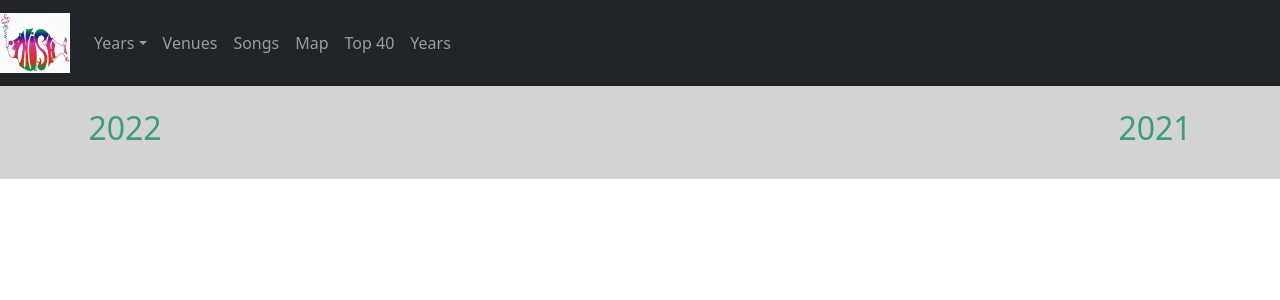
Repository: Jcparks84/gonePhishin
Page: / (app in my-app/)
The author's editor kept a copy of each file at every save. The page is drawn from the files as they stood at one save, then again after the next save.
The browser window is 1280 px wide. The pictures show the whole page.
The page's requests for data from a server got no answer. The project was rebuilt for these pictures with package versions that can differ from the ones it lists, and the page was loaded fresh each time. No one was signed in, and anything a server would have sent is missing. Also part of the build but not shown: my-app/src/components/audioPlayer/audioPlayer.js.

Above is the page before, as saved 2022-08-16 18:08:38.

### my-app/src/App.js
import './App.css';
import AudioPlayer from './components/audioPlayer/audioPlayer';
import Navbar from './components/navbar/navBar'
import YearPage from './pages/yearPage/yearPage';



function App() {
  const apiKey = process.env.REACT_APP_API_KEY


  return (
    <div className="App">
      <div>
      <Navbar fixed="top" />
      </div>
      <div>
        <YearPage/>
      </div>
      <div>
        {/* <AudioPlayer/> */}
      </div>

    </div>

  );
}

export default App;

### my-app/src/App.css
.App {
  text-align: center;
  background-color: #d3d3d3;
}

.App-logo {
  height: 40vmin;
  pointer-events: none;
}

@media (prefers-reduced-motion: no-preference) {
  .App-logo {
    animation: App-logo-spin infinite 20s linear;
  }
}

.App-header {
  background-color: #282c34;
  min-height: 100vh;
  display: flex;
  flex-direction: column;
  align-items: center;
  justify-content: center;
  font-size: calc(10px + 2vmin);
  color: white;
}

.App-link {
  color: #61dafb;
}

@keyframes App-logo-spin {
  from {
    transform: rotate(0deg);
  }
  to {
    transform: rotate(360deg);
  }
}

### my-app/src/components/navbar/navBar.js
import logo from '../images/phish.png'
import './navBar.css';
import 'bootstrap/dist/css/bootstrap.css'
import { Nav, Navbar, NavDropdown } from 'react-bootstrap'
import AudioPlayer from '../audioPlayer/audioPlayer';
import YearPage from '../../pages/yearPage/yearPage';



function NavBar() {
  return (
    <div className="navBar">
      <Navbar bg="dark" variant="dark"
        sticky="top" expand="sm" collapseOnSelect>
        <Navbar.Brand>
          <img src={logo} width="70px" height="60px" />{' '}
        </Navbar.Brand>

        <Navbar.Toggle className="coloring" />
        <Navbar.Collapse>
          <Nav>
            <NavDropdown title="Years">
              <NavDropdown.Item href="#years/2021">2021</NavDropdown.Item>
              <NavDropdown.Item href="#years/2020">2020</NavDropdown.Item>
              <NavDropdown.Item href="#years/2019">2019</NavDropdown.Item>
            </NavDropdown>
            <Nav.Link href="#Venues">Venues</Nav.Link>
            <Nav.Link href="#contact-us">Songs</Nav.Link>
            <Nav.Link href="#contact-us">Map</Nav.Link>
            <Nav.Link href="#contact-us">Top 40</Nav.Link>
            <Nav.Link path="#years">{YearPage}Years</Nav.Link>

          </Nav>
        </Navbar.Collapse>

      </Navbar>
    </div>
  );
}


export default NavBar;

### my-app/src/pages/yearPage/yearPage.js
import React from 'react'
import './yearPage.css'


function YearPage(){
    return(
        <div className='container'>
            <h2>2022</h2>
            <h2>2021</h2>
        </div>
    )
}

export default YearPage;

### my-app/src/components/navbar/navBar.css
.bg-myRed{
    background-color: crimson;
  }

  .content{
    padding: 12px;
    height: 3000px;
  }

  .coloring{
    color: black;
  }

  nav.link {
    align-items: center;
  }

### my-app/src/pages/yearPage/yearPage.css

.container {
    display: flex;
    width: 100%;
    height: 93px;
    align-items: center;
    color: #3c9c7b;
    padding: 0 1.15rem;
    font-size: 1.4375rem;
    justify-content: space-between;
    cursor: pointer;
}

h2 {
    text-align: left;
}

Loaded but not shown: my-app/public/index.html (common file); my-app/src/index.js (common file); my-app/src/index.css (common file); my-app/src/reportWebVitals.js (common file)

After the next save:
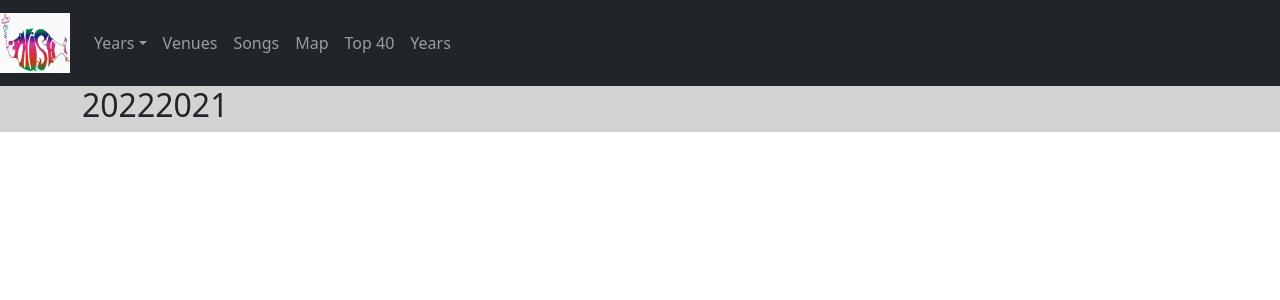
Saved 16 s later.
--- a/my-app/src/pages/yearPage/yearPage.css
+++ b/my-app/src/pages/yearPage/yearPage.css
@@ -1,14 +1,6 @@
 
 .container {
     display: flex;
-    width: 100%;
-    height: 93px;
-    align-items: center;
-    color: #3c9c7b;
-    padding: 0 1.15rem;
-    font-size: 1.4375rem;
-    justify-content: space-between;
-    cursor: pointer;
 }
 
 h2 {
